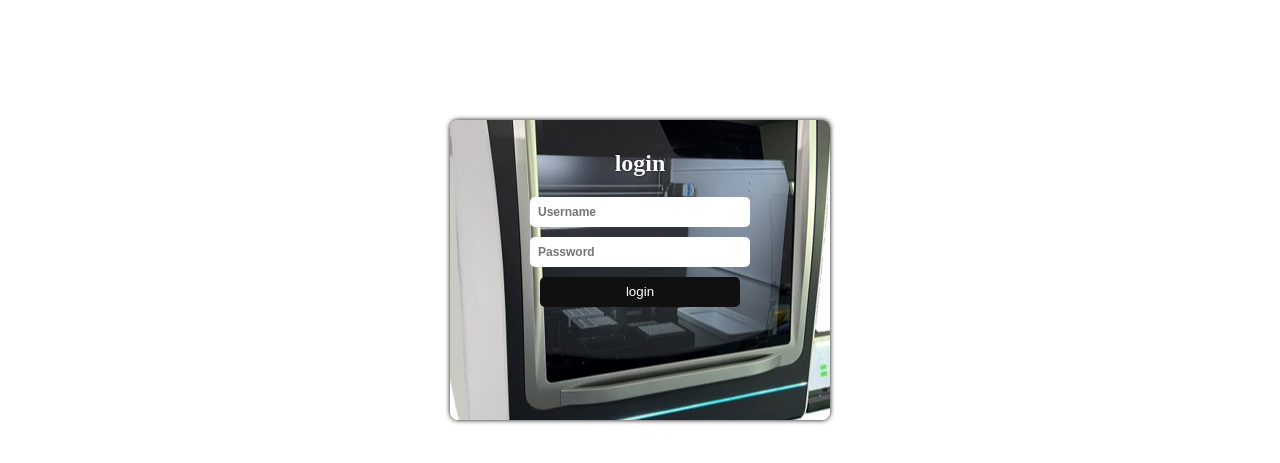
Repository: dnttalk/Ngs_arm1
Page: public/login.html
An editor plug-in stored every save of this project. The page is shown before and after the next save, followed by the edit.
The browser window is 1280 px wide. The pictures show the whole page.

Above is the page before, as saved 2023-07-07 15:11:49.

### public/login.html
<!DOCTYPE>
<html>

<head>
    <meta http-equiv="Content-Type" content="text/html; charset=utf-8" />
    <title>Login</title>
    <style>
        #login_div {
            margin: 120px auto;
            width: 380px;
            height: 300px;
            background: rgba(255, 255, 255, 0.2);
            background: url(images/img3.jpg) no-repeat center center;
            border-radius: 8px;
            box-shadow: 0 0 5px #000;
            text-align: center;
            font-family: "幼圆";
            color: #fff;
            text-shadow: 0 0 2px #000;
        }

        .login_input {
            width: 220px;
            height: 30px;
            font-size: 12px;
            border: 0;
            border-radius: 5px;
            margin-top: 10px;
            outline: none;
            position: relative;
            top: 20px;
            padding: 8px;
            color: #ff5000;
            font-weight: bolder;
        }

        #login_div>h2 {
            position: relative;
            top: 30px;
            color: #fff;
        }

        #login {
            width: 200px;
            height: 30px;
            border-radius: 5px;
            color: #fff;
            background: #111010;
            border: 0;
            padding: 0;
            cursor: pointer;
            position: relative;
            top: 30px;
        }

        #remember {
            width: 200px;
            height: 30px;
            border: 0;
            margin: auto;
            font-size: 12px;
            padding: 0;
            position: relative;
            top: 30px;
        }

        #remember p {
            margin-top: 5px;
            border: 0;
            padding: 0;
            line-height: 20px;
            height: 20px;
            width: 100px;
            float: left;
            text-shadow: 0 0 1px #333;
            position: relative;
            text-align: left;
            cursor: pointer;
        }

        #login_div a {
            text-shadow: 0 0 1px #000;
            font-size: 12px;
            width: 55px;
            height: 30px;
            position: relative;
            margin-left: 310px;
            margin-top: 70px;
            display: block;
            text-decoration: underline;
            cursor: pointer;
        }
    </style>
</head>

<body>
    <form action="" method="post">
        <div id="login_div">
            <h2>login</h2>
            <input class="login_input" name="user" id="user" type="text" placeholder="Username" autofocus
                autocomplete="off" />
            <br />
            <input class="login_input" name="pwd" id="pwd" type="password" placeholder="Password" />
            <br />

            <input id="login" type="submit" value="login" />

        </div>
    </form>

</body>
<script>
    var user = document.querySelector("#user")
    var pwd = document.querySelector('#pwd')
    var login = document.querySelector('#login')
    var form = document.querySelector('form')
    login.onclick = function (e) {
        if (user.value === '' || pwd.value === '') {
            e.preventDefault()
            alert("Username and password are required......")
        } else {
            form.action = '/users/login'
        }
    }
</script>

</html>

After the next save:
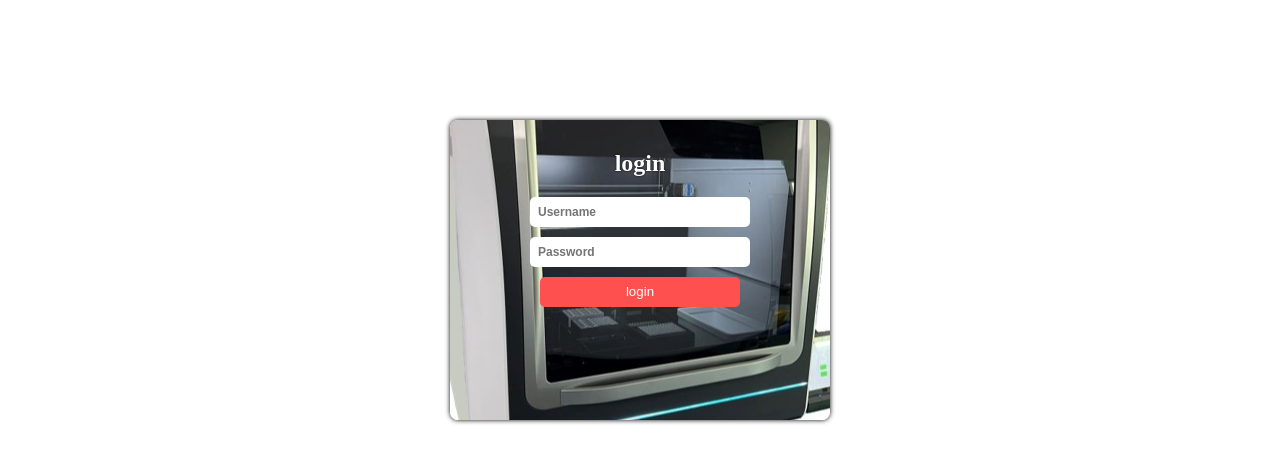
Saved 15 s later.
--- a/public/login.html
+++ b/public/login.html
@@ -45,7 +45,7 @@
             height: 30px;
             border-radius: 5px;
             color: #fff;
-            background: #111010;
+            background: #ff5050;
             border: 0;
             padding: 0;
             cursor: pointer;
